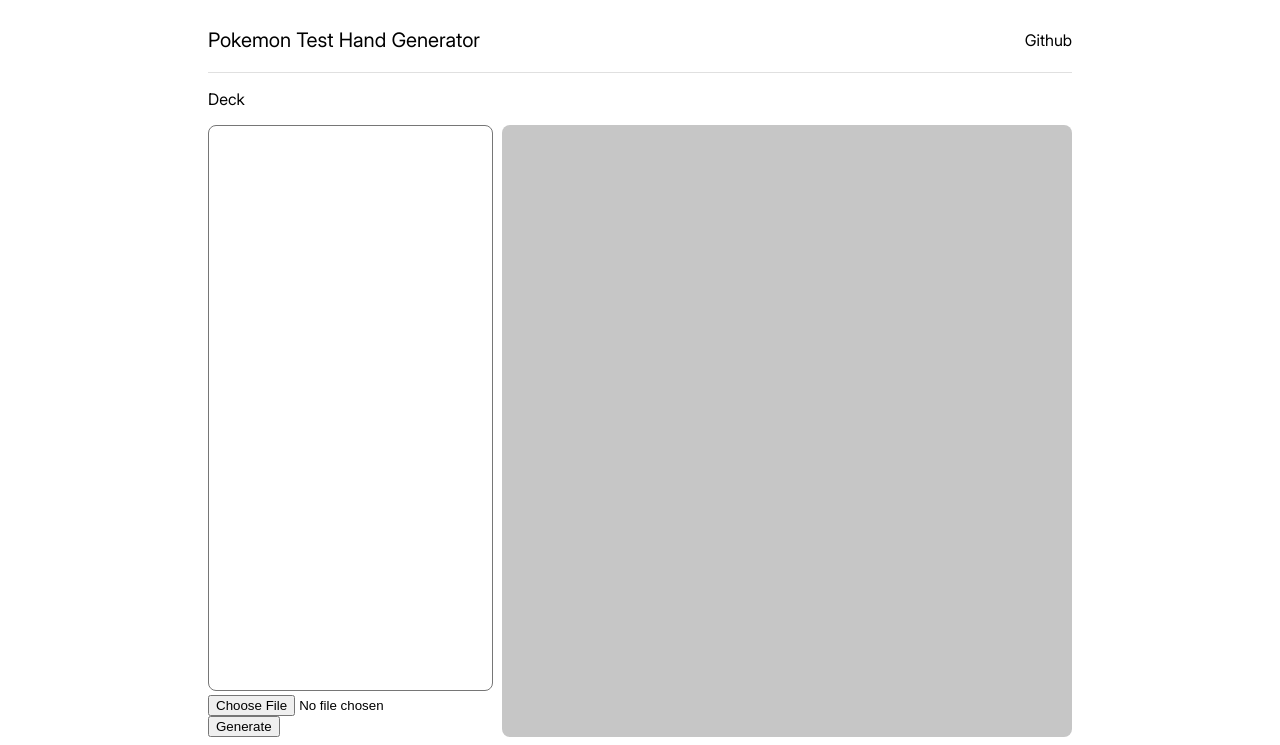
Repository: danielj1415/test-hand-simulator
Page: /
The author's editor kept a copy of each file at every save. The page is drawn from the files as they stood at one save, then again after the next save.
The browser window is 1280 px wide. The pictures show the whole page.
The project was rebuilt for these pictures with package versions that can differ from the ones it lists, and the page was loaded fresh each time. Also part of the build but not shown: vite.config.ts, src/index.css.

Above is the page before, as saved 2024-10-31 17:45:57.

After the next save:
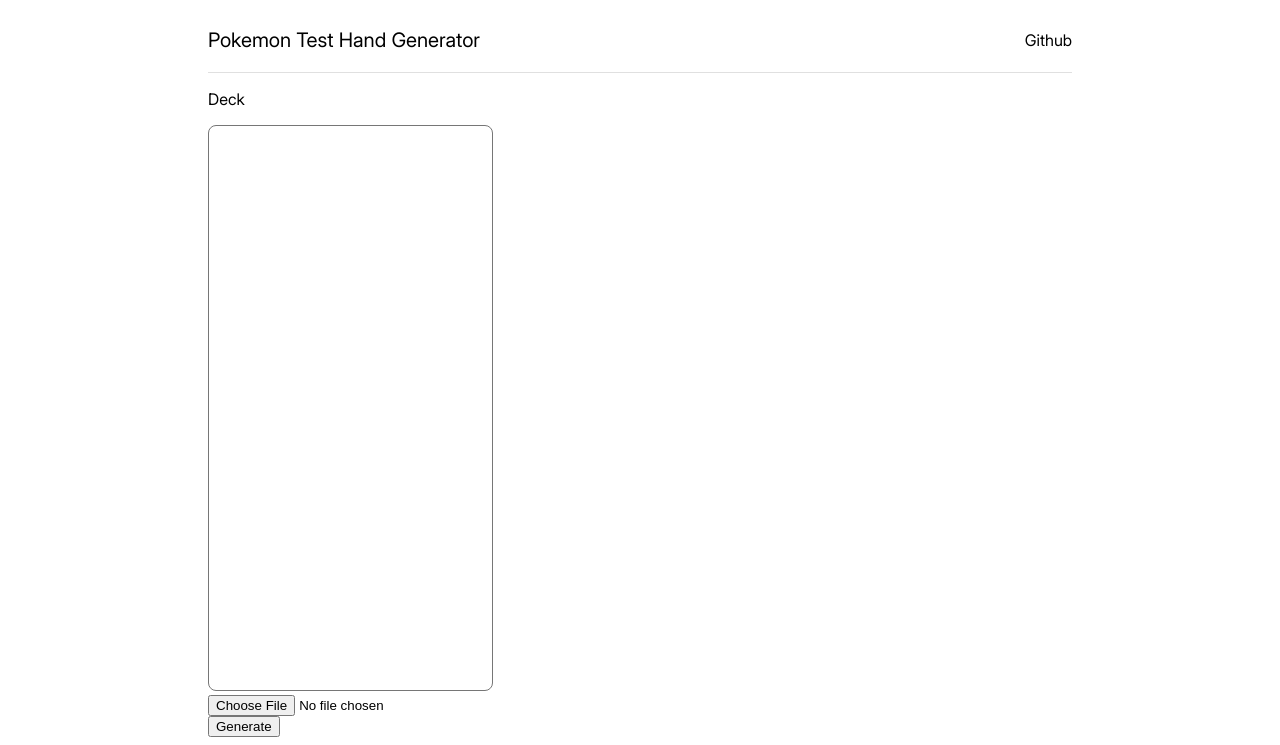
Saved 17 s later.
--- a/src/App.css
+++ b/src/App.css
@@ -45,7 +45,6 @@
 
 .testHands{
   width: 66%;
-  background-color: rgb(198, 198, 198);
   border-radius: 8px;
 }
 
